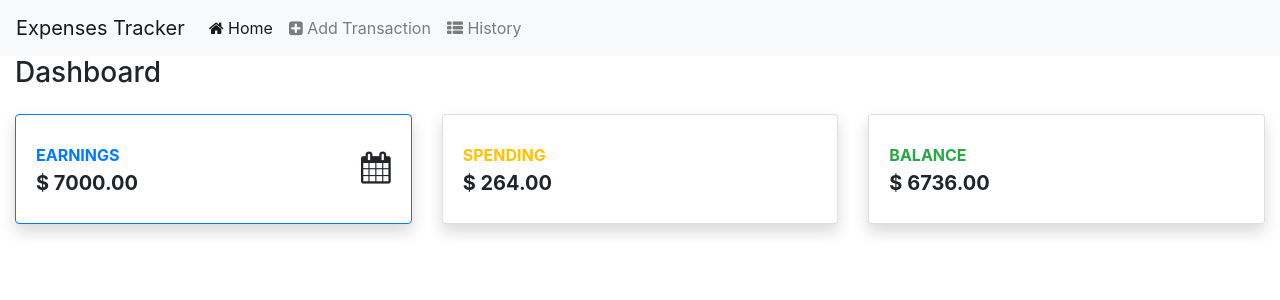
Repository: yucheng91/CI3-expenses-manager
Page: http://localhost/home
The author's editor kept a record of every edit. The page is drawn from the files as they stood at one moment, then again after the next edit.
The browser window is 1280 px wide. The pictures show the whole page.
The page is served by the project's application, run on Flask 3 (app.py). The database holds what the project's SQL file puts in it.

Above is the page before.

### templates/index.html
<!doctype html>
<html lang="en">

<head>
    <!-- Required meta tags -->
    <meta charset="utf-8">
    <meta name="viewport" content="width=device-width, initial-scale=1, shrink-to-fit=no">

    <!-- Bootstrap CSS -->
    <link rel="stylesheet" href="https://cdnjs.cloudflare.com/ajax/libs/font-awesome/4.7.0/css/font-awesome.css">
    <link rel="stylesheet" href="https://stackpath.bootstrapcdn.com/bootstrap/4.3.1/css/bootstrap.min.css" integrity="sha384-ggOyR0iXCbMQv3Xipma34MD+dH/1fQ784/j6cY/iJTQUOhcWr7x9JvoRxT2MZw1T" crossorigin="anonymous">
    <link rel="stylesheet" href="{{ url_for('static', filename='css/style.css') }}">

    <title>Hello, world!</title>
</head>

<body>
    <!--nav bar-->
    <nav class="navbar navbar-expand-sm navbar-light bg-light fixed-top">
  <a class="navbar-brand" href="#">Expenses Tracker</a>
  <button class="navbar-toggler" type="button" data-toggle="collapse" data-target="#navbarNav" aria-controls="navbarNav" aria-expanded="false" aria-label="Toggle navigation">
    <span class="navbar-toggler-icon"></span>
  </button>
  <div class="collapse navbar-collapse" id="navbarNav">
    <ul class="navbar-nav">
      <li class="nav-item active">
        <a class="nav-link" href="{{ url_for('home') }}"><i class="fa fa-home" aria-hidden="true"></i> Home</a>
      </li>
      <li class="nav-item">
        <a class="nav-link" href="{{ url_for('addtransaction') }}"><i class="fa fa-plus-square" aria-hidden="true"></i> Add Transaction</a>
      </li>
      <li class="nav-item">
        <a class="nav-link" href="{{ url_for('viewall') }}"><i class="fa fa-th-list" aria-hidden="true"></i> History</a>
      </li>
    </ul>
  </div>
    </nav>
    <!--end nav-->

<div id="content">
          <!-- Begin Page Content -->
        <div class="container-fluid">

          <!-- Page Heading -->
          <div class="d-sm-flex align-items-center justify-content-between mb-4">
            <h1 class="h3 mb-0 text-gray-800">Dashboard</h1>
          </div>

          <!-- Content Row -->
          <div class="row">

            <!-- Earnings (Monthly) Card Example -->
            <div class="col-xl-4 col-md-6 mb-4">
              <div class="card border-primary shadow h-100 py-2">
                <div class="card-body">
                  <div class="row no-gutters align-items-center">
                    <div class="col mr-2">
                      <div class="text-xs font-weight-bold text-primary text-uppercase mb-1">Earnings</div>
                      <div class="h5 mb-0 font-weight-bold text-gray-800">$ {{totaldebit['totaldebit']}}</div>
                    </div>
                    <div class="col-auto">
                      <i class="fa fa-calendar fa-2x text-gray-300"></i>
                    </div>
                  </div>
                </div>
              </div>
            </div>

            <!-- Earnings (Monthly) Card Example -->
            <div class="col-xl-4 col-md-6 mb-4">
              <div class="card border-left-warning shadow h-100 py-2">
                <div class="card-body">
                  <div class="row no-gutters align-items-center">
                    <div class="col mr-2">
                      <div class="text-xs font-weight-bold text-warning text-uppercase mb-1">Spending</div>
                      <div class="h5 mb-0 font-weight-bold text-gray-800">$ {{totalcredit['totalcredit']}}</div>
                    </div>
                    <div class="col-auto">
                      <i class="fa fa-dollar-sign fa-2x text-gray-300"></i>
                    </div>
                  </div>
                </div>
              </div>
            </div>

            <!-- Earnings (Monthly) Card Example -->
            <div class="col-xl-4 col-md-6 mb-4">
              <div class="card border-left-success shadow h-100 py-2">
                <div class="card-body">
                  <div class="row no-gutters align-items-center">
                    <div class="col mr-2">
                      <div class="text-xs font-weight-bold text-success text-uppercase mb-1">Balance</div>
                      <div class="h5 mb-0 font-weight-bold text-gray-800">$ {{balance['balance']}}</div>
                    </div>
                    <div class="col-auto">
                      <i class="fa fa-dollar-sign fa-2x text-gray-300"></i>
                    </div>
                  </div>
                </div>
              </div>
            </div>
        <!-- /.container-fluid -->
</div>

    <script src="https://code.jquery.com/jquery-3.3.1.slim.min.js" integrity="sha384-q8i/X+965DzO0rT7abK41JStQIAqVgRVzpbzo5smXKp4YfRvH+8abtTE1Pi6jizo" crossorigin="anonymous"></script>
    <script src="https://cdnjs.cloudflare.com/ajax/libs/popper.js/1.14.7/umd/popper.min.js" integrity="sha384-UO2eT0CpHqdSJQ6hJty5KVphtPhzWj9WO1clHTMGa3JDZwrnQq4sF86dIHNDz0W1" crossorigin="anonymous"></script>
    <script src="https://stackpath.bootstrapcdn.com/bootstrap/4.3.1/js/bootstrap.min.js" integrity="sha384-JjSmVgyd0p3pXB1rRibZUAYoIIy6OrQ6VrjIEaFf/nJGzIxFDsf4x0xIM+B07jRM" crossorigin="anonymous"></script>
</body>

</html>

### app.py
from flask import Flask, render_template, request, redirect, url_for
import os
import pymysql

connection = pymysql.connect(
    host='localhost', # IP address of the database; localhost means "the local machine"
    user="yucheng91",  #the mysql user
    password="coconuty", #the password for the user
    database="expenses" #the name of database we want to use
)

#if PHP doesn't show, perform $ sudo apt-get install --reinstall libapache2-mod-php7.2

app = Flask(__name__)

@app.route('/home')
def home():
    cursor = connection.cursor(pymysql.cursors.DictCursor)
    sql = "SELECT SUM(debit) AS totaldebit FROM transaction"
    cursor.execute(sql)
    totaldebit = cursor.fetchone()

    sql = "SELECT SUM(credit) AS totalcredit FROM transaction"
    cursor.execute(sql)
    totalcredit = cursor.fetchone()

    sql = "SELECT (SELECT SUM(debit) AS sumdebit FROM transaction) - (SELECT SUM(credit) AS sumcredit FROM transaction) AS balance FROM transaction"
    cursor.execute(sql)
    balance = cursor.fetchone()
    return render_template('index.html',totaldebit = totaldebit, totalcredit = totalcredit,balance=balance)

@app.route('/view-all')
def viewall():
    cursor = connection.cursor(pymysql.cursors.DictCursor)
    sql = "SELECT * FROM transaction JOIN categories ON transaction.categoriesid = categories.id JOIN mode ON transaction.modeid = mode.id JOIN account on transaction.accountid = account.id"
    cursor.execute(sql)
    results = []
    for r in cursor:
         results.append(r)

    sql = "SELECT SUM(debit) AS totaldebit FROM transaction"
    cursor.execute(sql)
    totaldebit = cursor.fetchone()

    sql = "SELECT SUM(credit) AS totalcredit FROM transaction"
    cursor.execute(sql)
    totalcredit = cursor.fetchone()

    sql = "SELECT (SELECT SUM(debit) AS sumdebit FROM transaction) - (SELECT SUM(credit) AS sumcredit FROM transaction) AS balance FROM transaction"
    cursor.execute(sql)
    balance = cursor.fetchone()

    return render_template('transaction_overview.html', data=results,totaldebit = totaldebit, totalcredit = totalcredit,balance=balance)

@app.route('/new-transaction/', methods=["GET"])
def addtransaction():

    cursor = connection.cursor(pymysql.cursors.DictCursor)
    sql = "SELECT * FROM mode"
    # fetch all genres and store it in a list
    cursor.execute(sql)
    mode = []
    for r in cursor:
        mode.append({
            'id' : r['id'],
            'name': r['mname']
        })

    # fetch all media type and store it in a list
    sql = "SELECT * FROM categories"
    cursor.execute(sql)
    categories = []
    for r in cursor:
        categories.append({
            'id':r['id'],
            'name': r['cname']
        })

    # fetch all media type and store it in a list
    sql = "SELECT * FROM account"
    cursor.execute(sql)
    account = []
    for r in cursor:
        account.append({
            'id':r['id'],
            'name': r['aname']
        })

    sql = "SELECT * FROM tag"
    cursor.execute(sql)
    tag = []
    for r in cursor:
        tag.append({
            'id':r['id'],
            'name': r['tname']
        })

    return render_template('new_transaction.html', mode=mode, categories=categories, account=account, tag=tag)

@app.route('/new-transaction/', methods=["POST"])
def process_addtransaction():
    transaction_name = request.form.get("transaction")
    category_name = request.form.get("category")
    mode_name = request.form.get("mode")
    by_name = request.form.get("by")
    debit_name = request.form.get("debit")
    if request.form.get("debit") == "":
        debit_name = "0"

    credit_name = request.form.get("credit")
    if request.form.get("credit") == "":
        credit_name = "0"

    cursor = connection.cursor(pymysql.cursors.DictCursor)

    sql = "INSERT INTO transaction (description,categoriesid,modeid,accountid,debit,credit) VALUE (%s,%s,%s,%s,%s,%s)"
    cursor.execute(sql,[transaction_name,category_name,mode_name,by_name,debit_name,credit_name])

    transactionid = cursor.lastrowid
    tagid = request.form.getlist("tag")
    for t in tagid:
        sql = "INSERT INTO transactiontag (transactionid,tagid) VALUE (%s,%s)"
        cursor.execute(sql,[transactionid,t])

    connection.commit()
    return redirect(url_for('viewall'))

# Edit transaction
@app.route('/view-all/edit/<id>')
def edit_transaction(id):

    cursor = connection.cursor(pymysql.cursors.DictCursor)
    sql = "SELECT * FROM transaction JOIN transactiontag ON transaction.id = transactiontag.transactionid JOIN tag ON transactiontag.tagid = tag.id WHERE transaction.id = {}".format(id)
    cursor.execute(sql)
    transaction = cursor.fetchone()

    sql = "DELETE FROM transactiontag WHERE transactiontag.transactionid = {}".format(id)
    cursor.execute(sql)

    sql = "SELECT * FROM mode"
    cursor.execute(sql)
    mode = []
    for r in cursor:
        mode.append({
            'id' : r['id'],
            'name': r['mname']
        })

    sql = "SELECT * FROM categories"
    cursor.execute(sql)
    categories = []
    for r in cursor:
        categories.append({
            'id':r['id'],
            'name': r['cname']
        })

    sql = "SELECT * FROM account"
    cursor.execute(sql)
    account = []
    for r in cursor:
        account.append({
            'id':r['id'],
            'name': r['aname']
        })

    sql = "SELECT * FROM tag"
    cursor.execute(sql)
    tag = []
    for r in cursor:
        tag.append({
            'id':r['id'],
            'name': r['tname']
        })

    return render_template('edit_transaction.html', transaction = transaction, mode=mode, categories=categories, account=account, tag=tag)

@app.route('/view-all/edit/<id>', methods=['POST'])
def update_transaction(id):
    transaction_name = request.form.get("transaction")
    category_name = request.form.get("category")
    mode_name = request.form.get("mode")
    by_name = request.form.get("by")
    debit_name = request.form.get("debit")
    if request.form.get("debit") == "":
        debit_name = "0"

    credit_name = request.form.get("credit")
    if request.form.get("credit") == "":
        credit_name = "0"

    cursor = connection.cursor(pymysql.cursors.DictCursor)

    cursor.execute("UPDATE transaction SET description = '{}',categoriesid = '{}',modeid = '{}',accountid = '{}',debit = '{}',credit = '{}' WHERE id = {}".format(transaction_name,category_name,mode_name,by_name,debit_name,credit_name,id))

    tagid = request.form.getlist("tag")
    for t in tagid:
        sql = "INSERT INTO transactiontag (transactionid,tagid) VALUE (%s,%s)"
        cursor.execute(sql,[id,t])

    connection.commit()
    return redirect(url_for('viewall'))

@app.route('/view-all/delete/<id>')
def confirm_delete_transaction(id):
    cursor = connection.cursor(pymysql.cursors.DictCursor)
    sql = "SELECT * FROM transaction JOIN categories ON transaction.categoriesid = categories.id JOIN mode ON transaction.modeid = mode.id JOIN account on transaction.accountid = account.id WHERE transaction.id = {}".format(id)
    cursor.execute(sql)
    transaction = cursor.fetchone()

    return render_template('delete_transaction.html', transaction = transaction)

@app.route('/view-all/delete/<id>', methods=['POST'])
def delete_transaction(id):
    cursor = connection.cursor(pymysql.cursors.DictCursor)
    sql = "DELETE FROM transactiontag WHERE transactiontag.transactionid = {}".format(id)
    cursor.execute(sql)

    sql = "DELETE FROM transaction WHERE transaction.id = {}".format(id)
    cursor.execute(sql)

    connection.commit()
    return redirect(url_for('viewall'))

# "magic code" -- boilerplate
if __name__ == '__main__':
    app.run(host=os.environ.get('IP'),
            port=int(os.environ.get('PORT')),
            debug=True)

### static/css/style.css
img {
    width:75%;
    margin-left:auto;
    margin-right:auto;
}

#content {
    padding-top:56px;
}

.btn {
    margin:3px;
}

@media (max-width: 255px){
body {
    font-size:90%;
}
}

@media (max-width: 255px){

#content{
padding-top:96px;
}

body {
    font-size:80%;
}
}

### database.sql (the tables this page reads)
CREATE TABLE `transaction` (
  `id` int(11) NOT NULL AUTO_INCREMENT,
  `description` text CHARACTER SET utf8 NOT NULL,
  `debit` decimal(11,2) DEFAULT '0.00',
  `credit` decimal(11,2) DEFAULT '0.00',
  `createdAt` timestamp NOT NULL DEFAULT CURRENT_TIMESTAMP ON UPDATE CURRENT_TIMESTAMP,
  `accountid` int(11) NOT NULL,
  `categoriesid` int(11) NOT NULL,
  `modeid` int(11) NOT NULL,
  PRIMARY KEY (`id`),
  KEY `accountid` (`accountid`),
  KEY `categoriesid` (`categoriesid`),
  KEY `modeid` (`modeid`),
  CONSTRAINT `transaction_ibfk_1` FOREIGN KEY (`accountid`) REFERENCES `account` (`id`),
  CONSTRAINT `transaction_ibfk_2` FOREIGN KEY (`categoriesid`) REFERENCES `categories` (`id`),
  CONSTRAINT `transaction_ibfk_3` FOREIGN KEY (`modeid`) REFERENCES `mode` (`id`)
) ENGINE=InnoDB AUTO_INCREMENT=19 DEFAULT CHARSET=latin1;

INSERT INTO `transaction` VALUES (1,'Code Institute : Income of the month July 2019',3500.00,0.00,'2019-08-22 07:41:18',1,9,1),(2,'SIM HQ Income of the Month : July 2019',3500.00,0.00,'2019-08-05 04:13:11',2,9,5),(3,'Taxi Taxi',0.00,40.00,'2019-08-23 05:56:58',1,4,3),(13,'Lunch Money for Brother\'s Dew school',0.00,40.00,'2019-08-20 08:15:28',1,3,1),(14,'RWS Day trip',0.00,154.00,'2019-08-20 08:17:02',2,7,3),(15,'New backpack',0.00,0.00,'2019-08-26 07:39:22',1,1,1),(16,'Test tag 1',0.00,10.00,'2019-08-27 06:24:42',1,1,1),(17,'test tag 2',0.00,20.00,'2019-08-27 06:24:58',1,1,1),(18,'test 1 + 2 ',0.00,0.00,'2019-08-27 06:55:37',2,7,3);

After the next edit:
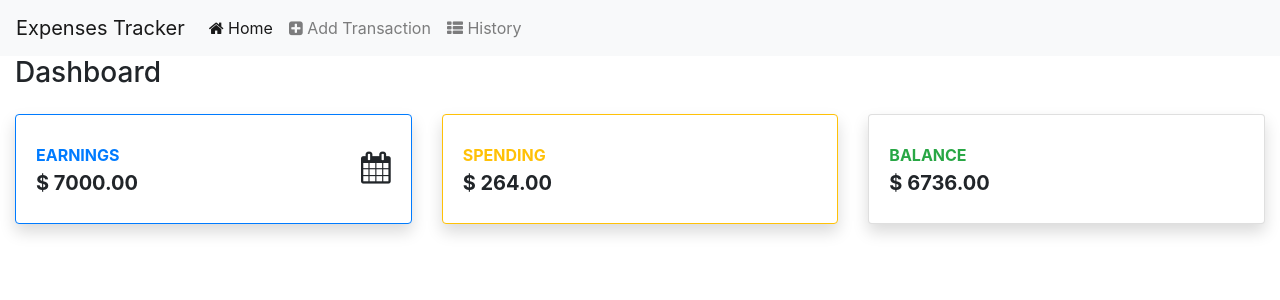
The edit:
--- a/templates/index.html
+++ b/templates/index.html
@@ -68,7 +68,7 @@
 
             <!-- Earnings (Monthly) Card Example -->
             <div class="col-xl-4 col-md-6 mb-4">
-              <div class="card border-left-warning shadow h-100 py-2">
+              <div class="card border-warning shadow h-100 py-2">
                 <div class="card-body">
                   <div class="row no-gutters align-items-center">
                     <div class="col mr-2">
